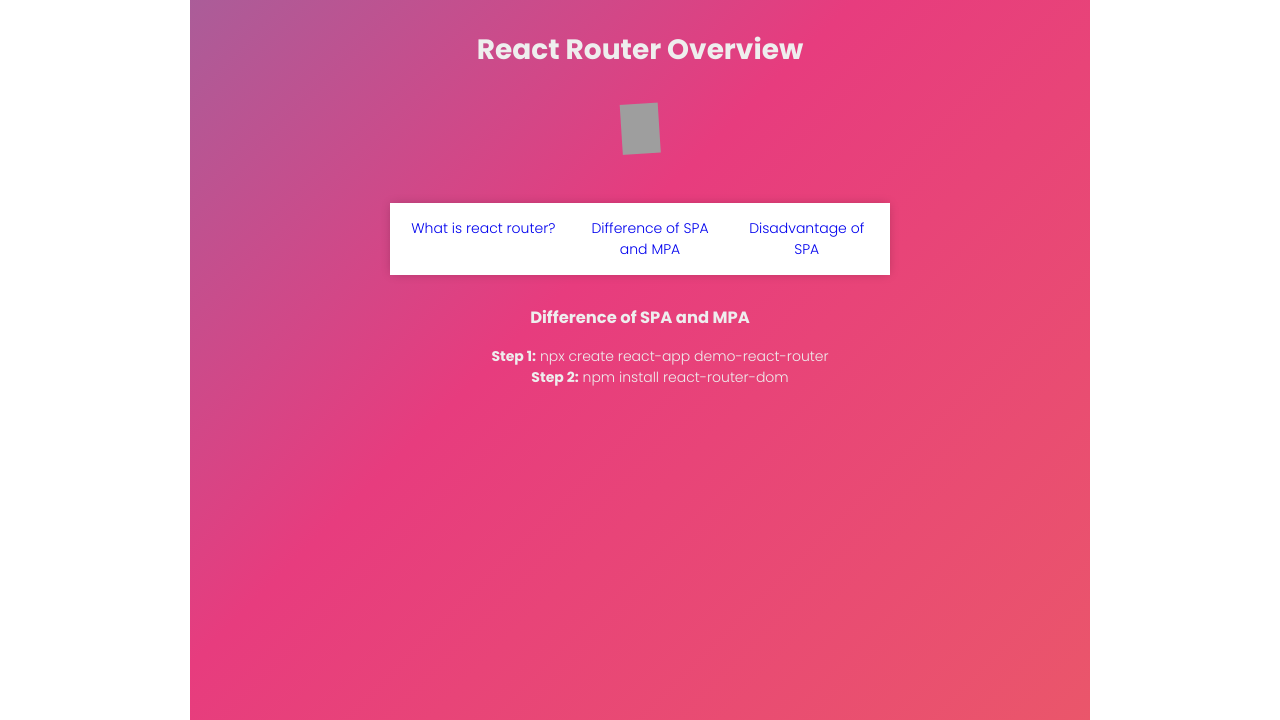
Repository: nguy3nds/2021-18-9-react
Page: /How
An editor plug-in stored every save of this project. The page is shown before and after the next save, followed by the edit.
The browser window is 1280 px wide. The pictures show the whole page.
Pictures or frames that could not be fetched are drawn as grey boxes. The project was rebuilt for these pictures with package versions that can differ from the ones it lists, and the page was loaded fresh each time. Also part of the build but not shown: src/components/What.js, src/components/How.js.

Above is the page before, as saved 2021-09-19 21:38:11.

After the next save:
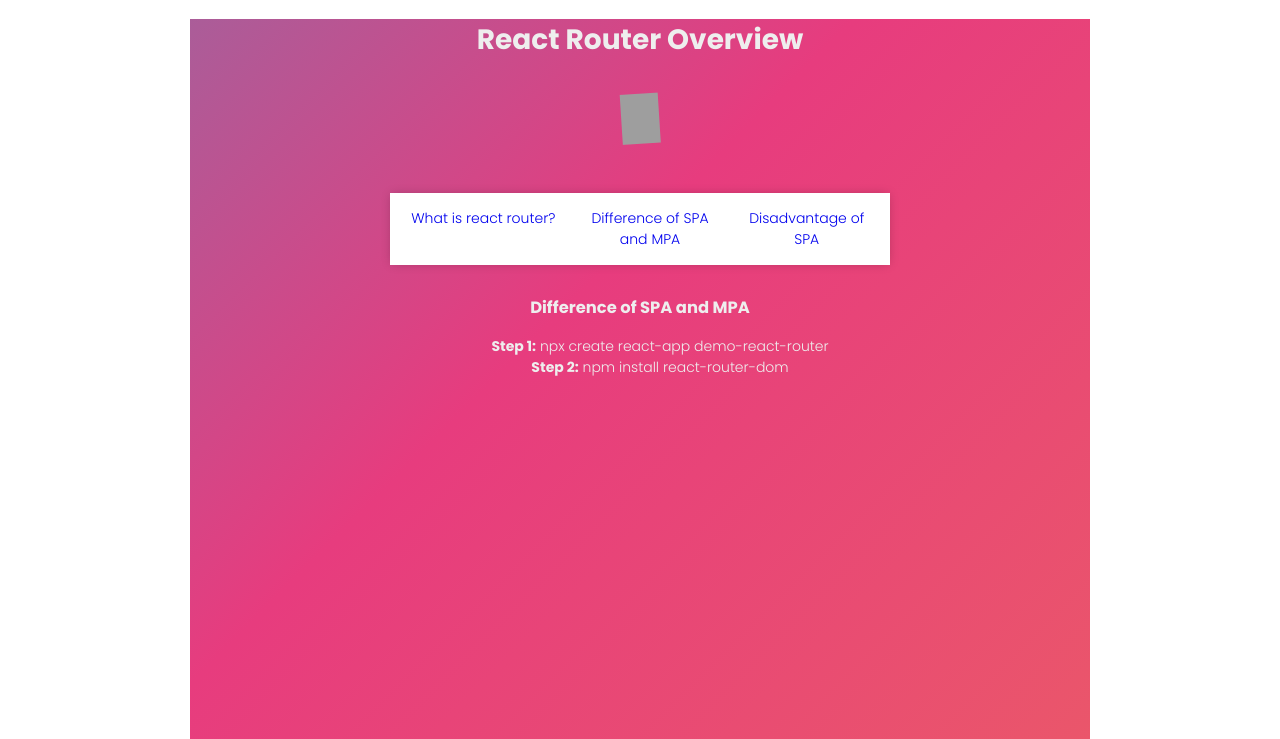
Saved 37 s later.
--- a/src/App.js
+++ b/src/App.js
@@ -67,7 +67,7 @@
 
 const DivContainer = styled.div`
   margin: 0 auto;
-  padding: 10px;
+  padding: 0 10px;
   text-align: center;
   min-height: 100vh;
   color: #eee;

After the save that followed:
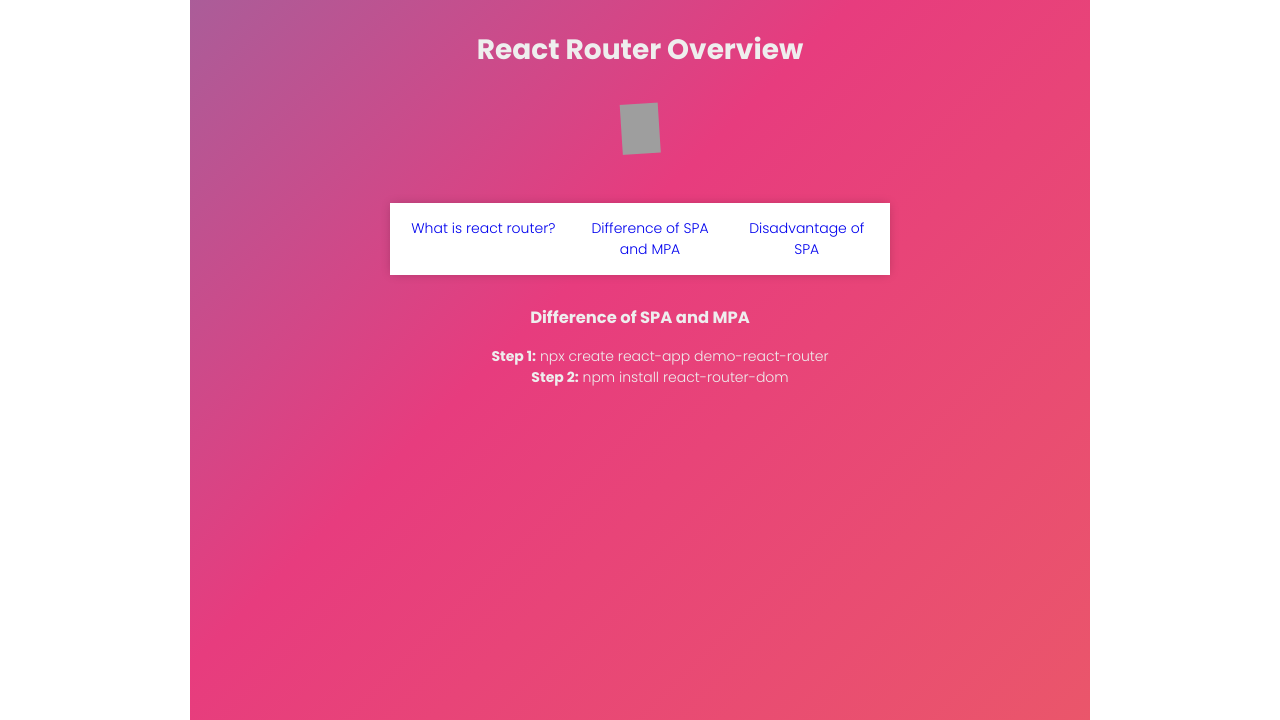
Saved 5 s later.
--- a/src/App.js
+++ b/src/App.js
@@ -67,7 +67,7 @@
 
 const DivContainer = styled.div`
   margin: 0 auto;
-  padding: 0 10px;
+  padding: 10px;
   text-align: center;
   min-height: 100vh;
   color: #eee;
